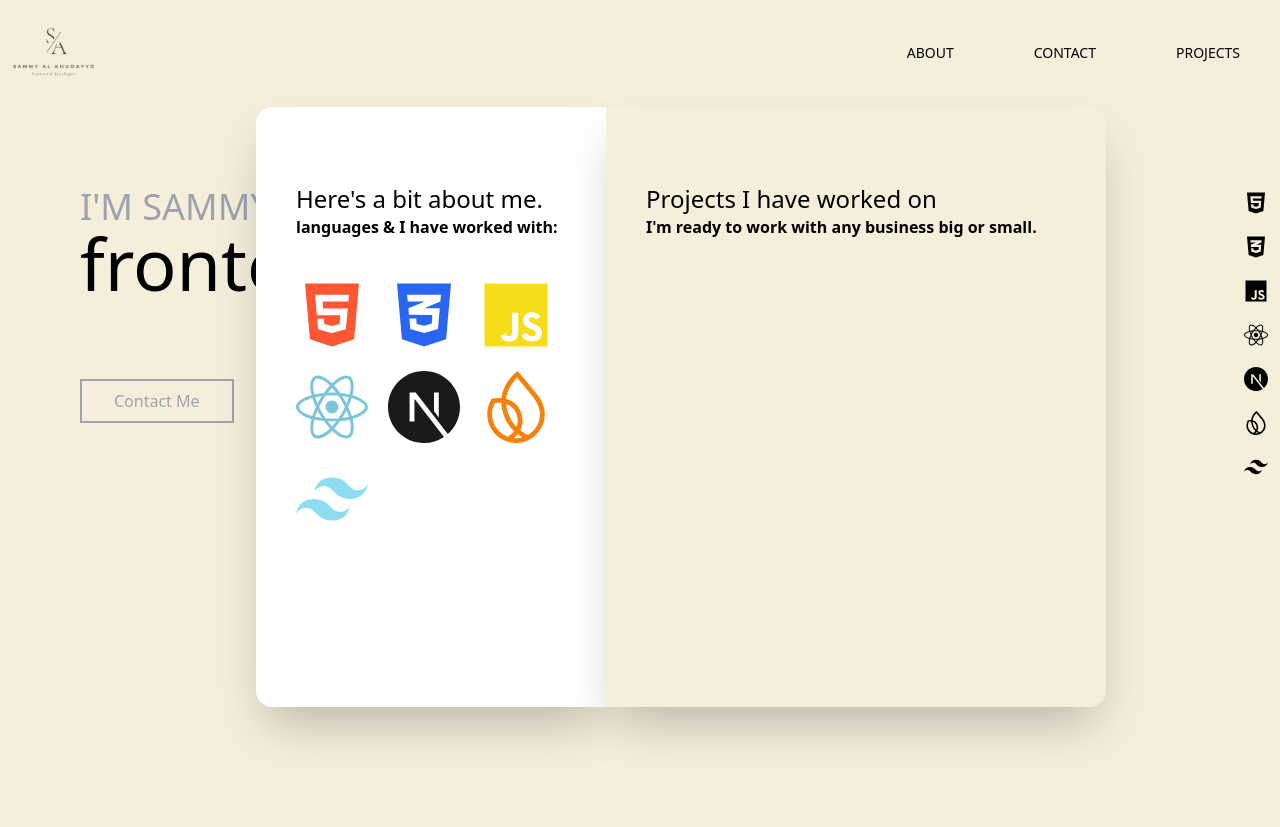
Repository: Al123Kudayyd/myportfolio
Page: /
These files come from the project's save history. The page is drawn as it stood at one moment and after the next save; the edit follows.
The browser window is 1280 px wide. The pictures show the whole page.
The project was rebuilt for these pictures with package versions that can differ from the ones it lists, and the page was loaded fresh each time. Also part of the build but not shown: src/components/model.js.

Above is the page before, as saved 2024-02-21 14:18:09.

### src/App.js
import Main from './components/Main';
import Nav from './components/Nav';
import Model from './components/Model'


function App() {
  return (
    <div className=" ">
      <Nav />
      <Main />

    </div>
  );
}

export default App;

### src/components/Main.jsx
import React, { useState } from 'react'
import Model from './Model'
import { LiaTimesSolid } from "react-icons/lia";
import { FaHtml5, FaReact } from "react-icons/fa";
import { FaCss3Alt } from "react-icons/fa6";
import { IoLogoJavascript } from "react-icons/io5";
import { SiNextdotjs } from "react-icons/si";
import { SiFirebase } from "react-icons/si";
import { SiTailwindcss } from "react-icons/si";
import Projects from './Projects';


function Main() {
    const [openModal, setOpenModal] = useState(false)
  return (
    <div className='relative'>
    <div className='bg-[#f4eedb] relative h-screen'>
        <div className='-z-10 pl-20 pt-20 '>
            <h1 className=''><span className='text-gray-400 font-extralight text-4xl'>I'M SAMMY AND I'M A</span>
            <br /><span className='text-7xl'>frontend developer.</span></h1>
            <button className='mt-20 border-gray-400 border-2 text-gray-400 py-2 px-8 hover:bg-gray-400 hover:text-[#f4eedb]
            transition-all duration-300'
            onClick={() => setOpenModal(true)}>
                Contact Me</button>
        </div>

    </div>
    {
        openModal && <Model btn={<LiaTimesSolid onClick={() => setOpenModal(false)} />} />
    }
    <div className='absolute top-[10%] right-0 text-2xl space-y-5 m-3'>
            <FaHtml5 />
            <FaCss3Alt />
            <IoLogoJavascript />
            <FaReact />
            <SiNextdotjs />
            <SiFirebase />
            <SiTailwindcss />
        </div>
        <Projects className='' />
    </div>
  )
}

export default Main

### src/components/Nav.jsx
import React from 'react'
import logo from '../assets/logo.png'
import { LiaBarsSolid } from "react-icons/lia";

function Nav({ }) {
  return (
    <div className='bg-[#f4eedb] relative'>
        <div className='flex justify-between items-center'>
            <img src={logo} className="w-[20%] md:w-1/12 " />
            <LiaBarsSolid className='sm:hidden text-3xl mr-5 hover:text-gray-400 cursor-pointer active:scale-[.85] transition-all duration-300' />
            <ul className='hidden sm:flex font-extralight text-sm '>
                <li className='px-10 cursor-pointer hover:text-gray-400 transition-all duration-300'>ABOUT</li>
                <li className='px-10 cursor-pointer hover:text-gray-400 transition-all duration-300'>CONTACT</li>
                <li className='px-10 cursor-pointer hover:text-gray-400 transition-all duration-300'>PROJECTS</li>
            </ul>
        </div>



    </div>
  )
}

export default Nav

### src/components/Projects.jsx
import React from 'react'
import { FaHtml5, FaReact } from "react-icons/fa";
import { FaCss3Alt } from "react-icons/fa6";
import { IoLogoJavascript } from "react-icons/io5";
import { SiNextdotjs } from "react-icons/si";
import { SiFirebase } from "react-icons/si";
import { SiTailwindcss } from "react-icons/si";

function Projects() {
  return (
    <div className='absolute top-0 left-[20%]'>
        <div className='flex justify-center items-center'>
            <div className='shadow-2xl bg-white w-[350px] h-[600px] rounded-l-2xl'>
                <div className='px-[40px] py-[76px] '>
                    <h1 className='text-2xl'>Here's a bit about me.</h1>
                    <h3 className='text-md font-bold'>languages &  I have worked with:</h3>
                    <div className='flex flex-wrap my-10 text-7xl'>
                        <FaHtml5 className='text-[#FF5733]' />
                        <FaCss3Alt className='text-[#2965F1] mx-5' />
                        <IoLogoJavascript className='text-[#F5DE19]' />
                        <FaReact className='text-[#7CC5D9] my-5' />
                        <SiNextdotjs className='text-[#1a1a1a] my-5 mx-5' />
                        <SiFirebase className='text-[#F6820D] my-5' />
                        <SiTailwindcss className='text-[#8edcf1]' />
                    </div>
                </div>

            </div>
            <div className='shadow-2xl bg-[#f4eedb] w-[500px] h-[600px] rounded-r-2xl '>
                <div className='px-[40px] py-[76px]'>
                    <h1 className='text-2xl'>Projects I have worked on</h1>
                    <h3 className='text-md font-bold'>I'm ready to work with any business big or small.</h3>
                </div>

            </div>
        </div>
    </div>
  )
}

export default Projects

### tailwind.config.js
/** @type {import('tailwindcss').Config} */
module.exports = {
  content: [
    "./src/components/Nav.{js,jsx,ts,tsx}",
    "./src/components/Main.{js,jsx,ts,tsx}",
    "./src/components/App.{js,jsx,ts,tsx}",
    "./src/components/Model.{js,jsx,ts,tsx}",
    "./src/components/Projects.{js,jsx,ts,tsx}"
  ],
  theme: {
    extend: {},
  },
  plugins: [],
}

Loaded but not shown: public/index.html (common file); src/index.js (common file); src/index.css (common file); src/reportWebVitals.js (common file)

After the next save:
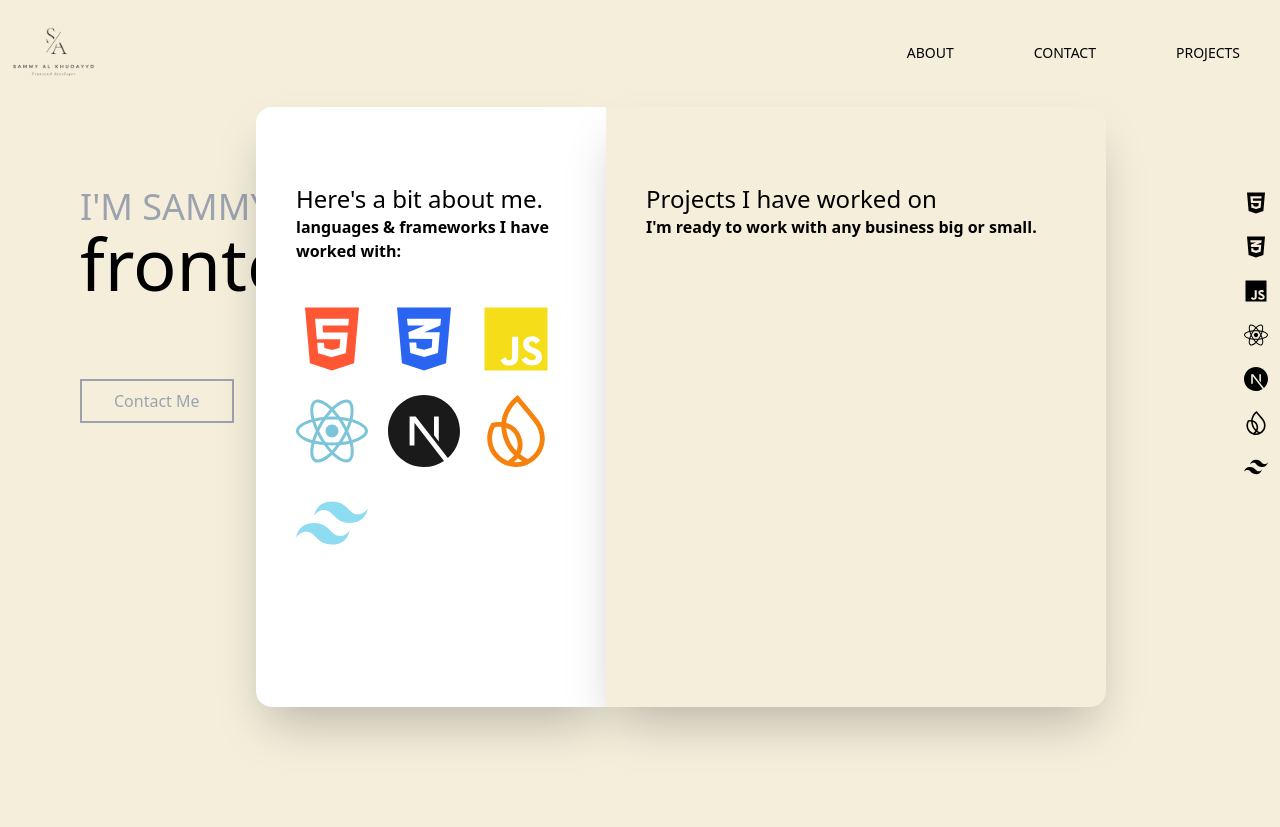
Saved 65 s later.
--- a/src/components/Projects.jsx
+++ b/src/components/Projects.jsx
@@ -13,7 +13,7 @@ function Projects() {
             <div className='shadow-2xl bg-white w-[350px] h-[600px] rounded-l-2xl'>
                 <div className='px-[40px] py-[76px] '>
                     <h1 className='text-2xl'>Here's a bit about me.</h1>
-                    <h3 className='text-md font-bold'>languages &  I have worked with:</h3>
+                    <h3 className='text-md font-bold'>languages & frameworks I have worked with:</h3>
                     <div className='flex flex-wrap my-10 text-7xl'>
                         <FaHtml5 className='text-[#FF5733]' />
                         <FaCss3Alt className='text-[#2965F1] mx-5' />
